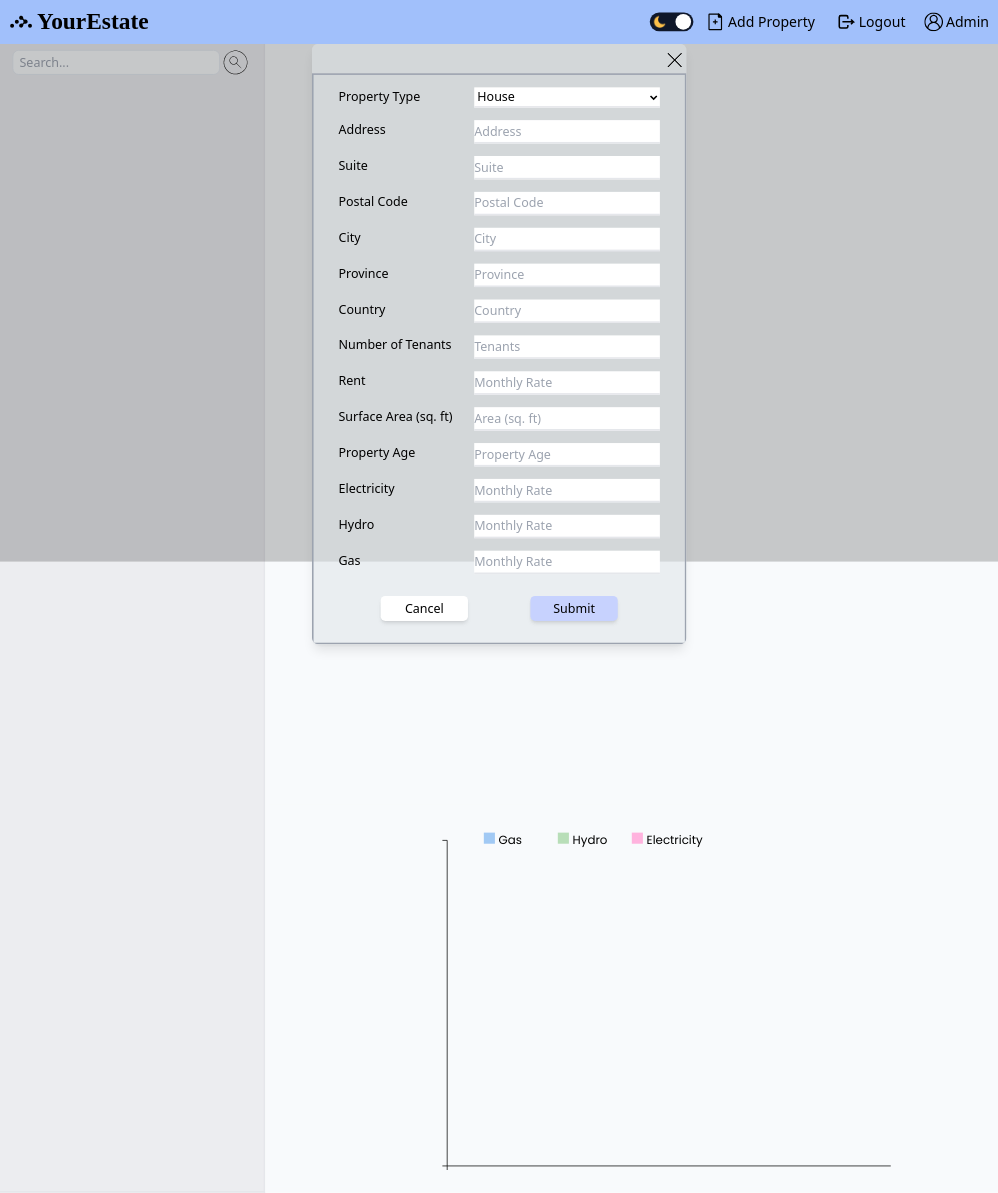
Repository: Fortivera/yourestate
Page: /dashboard/createproperty
These files come from the project's save history. The page is drawn as it stood at one moment and after the next save; the edit follows.
The browser window is 1280 px wide. The pictures show the whole page, at 78% of full size.
The page's requests for data from a server got no answer. The project was rebuilt for these pictures with package versions that can differ from the ones it lists, and the page was loaded fresh each time. Some packages were replaced by stand-ins written for this rebuild. The framework's server and built-in components were replaced by stand-ins that run in the browser. No one was signed in, and anything a server would have sent is missing. Also part of the build but not shown: next.config.js, src/app/loading.tsx, src/components/PropertyCard.tsx.

Above is the page before, as saved 2023-12-31 00:34:17.

### src/app/layout.tsx
import "./globals.css"
import { Analytics } from "@vercel/analytics/react"
import { Metadata } from "next"
import ReactQueryProvider from "./providers"

export const metadata: Metadata = {
  title: {
    template: "%s | Your Estate Login",
    default: "Your Estate Login",
  },
  description: "Home page for the real estate web application",
}

export default function RootLayout({ children }: { children: React.ReactNode }) {
  return (
    <html lang="en">
      <body>
        <ReactQueryProvider>
          {children}
          <Analytics />
        </ReactQueryProvider>
      </body>
    </html>
  )
}

### src/app/dashboard/layout.tsx
import { ThemeContextProvider } from "@/context/ThemeContex"
import ThemeProvider from "@/providers/ThemeProvider"
import { QueryClient, HydrationBoundary, dehydrate } from "@tanstack/react-query"
import { getProperty } from "lib/useRequestFunctions"

import { Analytics } from "../../components/Analytics/Analytics"
import Navbar from "../../components/Navbar"
import PropertiesList from "../../components/PropertiesList"

// import { usePropertyStore } from "../usePropertiesStore"

export default async function Layout({ children }: { children: React.ReactNode }) {
    const queryClient = new QueryClient()
    await queryClient.prefetchQuery({
        queryKey: ["allProperties"],
        queryFn: getProperty,
    })

    // const allPropertiesPromise: Promise<Property[]> = await getProperty()
    // const allProperties = await allPropertiesPromise

    // usePropertyStore.setState({ allProperties })

    return (
        <>
            <ThemeContextProvider>
                <ThemeProvider>
                    <header>
                        <Navbar />
                    </header>
                    <div>{children}</div>
                    <main>
                        <div className="flex flex-col md:flex-row mt-14">
                            <div className="w-screen md:h-auto md:w-[29rem] h-[50vh]">
                                <HydrationBoundary state={dehydrate(queryClient)}>
                                    <PropertiesList />
                                </HydrationBoundary>
                            </div>
                            <HydrationBoundary state={dehydrate(queryClient)}>
                                <Analytics />
                            </HydrationBoundary>
                        </div>
                    </main>
                </ThemeProvider>
            </ThemeContextProvider>
        </>
    )
}

### src/app/dashboard/createproperty/layout.tsx
'use client'

import Layout from "../layout";
import ProductsPage from "../page";

export default function Layouta({ children, }: { children: React.ReactNode }) {
    return (
        <>

            {children}
        </>
    )

}

### src/app/globals.css
@import url("https://fonts.googleapis.com/css2?family=Lora:ital,wght@0,400;0,500;0,600;1,400;1,500;1,600&family=Montserrat:ital,wght@0,300;0,400;0,500;0,600;1,300;1,400;1,500;1,600&family=Poppins:ital,wght@0,300;0,400;0,500;0,600;0,700;0,800;0,900;1,300;1,400;1,500;1,600;1,700;1,800;1,900&family=Noto+Sans:ital,wght@0,300;0,400;0,500;0,600;0,700;0,800;0,900;1,300;1,400;1,500;1,600;1,700;1,800;1,900&display=swap");

@tailwind base;
@tailwind components;
@tailwind utilities;

.navbarDark {
    background-color: rgb(45 48 56);
    color: #ddd;
}
.navbarLight {
    background-color: rgb(161, 192, 251);
    color: black;
}
.propertyListLight {
    background-color: rgb(249 250 251);
    color: black;
    border-color: rgb(229 231 235);
}
.propertyListDark {
    background-color: rgb(45 48 56 / 0.95);
    color: #ddd;
}
.searchbarLight {
    background-color: rgb(248 250 252);
    color: black;
}
.searchbarDark {
    background-color: rgb(100 116 139 / 0.6);
    color: #ddd;
}
.propertyLight {
    background-color: rgb(249 250 251);
    color: black;
}
.propertyDark {
    background-color: rgb(45 48 56 / 0.95);
    color: #ddd;
}

### src/app/providers.tsx
"use client"
import { ReactNode, useState } from "react"
import { QueryClient, QueryClientProvider } from "@tanstack/react-query"
import { ReactQueryDevtools } from "@tanstack/react-query-devtools"

type Props = {
  children: ReactNode
}

export default function ReactQueryProvider({ children }: Props) {
  const [queryClient] = useState(() => new QueryClient())

  return (
    <QueryClientProvider client={queryClient}>
      <ReactQueryDevtools initialIsOpen={false} />
      {children}
    </QueryClientProvider>
  )
}

### src/context/ThemeContex.tsx
"use client"
import { createContext, useState, ReactNode, useEffect } from "react"

interface ChildrenProps {
    children: ReactNode
}

interface ThemeContextType {
    theme: string
    toggle: () => void
}

// This component is responsible to registering and remembering what theme was chosen by the user
// we use local storage for that
export const ThemeContext = createContext<ThemeContextType>({
    theme: "light",
    toggle: () => {},
})

function getFromLocalStorage() {
    if (typeof window === "undefined") {
        return "light" // Use a default theme on the server-side
    }
    return localStorage.getItem("theme") || "light"
}

export const ThemeContextProvider = ({ children }: ChildrenProps) => {
    const [theme, setTheme] = useState<string>(getFromLocalStorage)

    // since next.js uses server side rendering, we must specify if the transition to client is completed
    const toggle = () => {
        setTheme((prevTheme) => (prevTheme === "light" ? "dark" : "light"))
    }

    useEffect(() => {
        localStorage.setItem("theme", theme)
    }, [theme])

    return <ThemeContext.Provider value={{ theme, toggle }}>{children}</ThemeContext.Provider>
}

### src/providers/ThemeProvider.tsx
"use client"

import { useState, useEffect, useContext, ReactNode } from "react"
import { ThemeContext } from "@/context/ThemeContex"

interface ChildrenProps {
    children: ReactNode
}

// this component is created to keep the layout/page as server side rendered.
// useContext() requires you to have "use client"

export default function ThemeProvider({ children }: ChildrenProps) {
    const { theme } = useContext(ThemeContext)
    const [mounted, setMounted] = useState(false)

    useEffect(() => {
        setMounted(true)
    }, [])

    if (!mounted) {
        return null // or a loading placeholder if desired
    }
    return <div className={theme}>{children}</div>
}

### lib/useRequestFunctions.ts
export function filterId(arr: Property[], propertyid: number) {
  for (let i = 0; i < arr.length; i++) {
    try {
      if (arr[i].id != propertyid) {
        continue
      } else {
        return arr[i] as Property
      }
    } catch (error) {
      console.error(error)
    }
  }
}

export function deleteProperty(userInput: number) {
  const url = `${process.env.NEXT_PUBLIC_SERVER_URL}${process.env.NEXT_PUBLIC_PROPERTY_ENDPOINT}${userInput}`
  console.log(url)
  try {
    fetch(url, {
      method: "DELETE",
      body: JSON.stringify(userInput),
      headers: {
        "Content-Type": "application/json",
      },
    })
  } catch (err) {
    console.error(err)
    alert(`We can't submit the form, because of ${err}`)
  }
}

// eslint-disable-next-line no-unused-vars
export async function updateProperty(userInput: Property, id: number) {
  const url = `${process.env.NEXT_PUBLIC_SERVER_URL}${process.env.NEXT_PUBLIC_PROPERTY_ENDPOINT}/${id}`
  // const url = "http://localhost:5085/api/Properties/39"
  console.log(url)
  try {
    const response = await fetch(url, {
      method: "PUT",
      body: JSON.stringify(userInput),
      headers: {
        "Content-Type": "application/json",
      },
    })
    if (!response.ok) {
      throw new Error(`Invalid response: ${response.status}`)
    }
  } catch (err) {
    console.error(err)
    alert("We can't submit the form, try again later?")
  }
}

export async function getProperty(): Promise<Property[]> {
  try {
    const response = await fetch(`${process.env.NEXT_PUBLIC_SERVER_URL}${process.env.NEXT_PUBLIC_PROPERTY_ENDPOINT}`, {
      cache: "no-store",
    })
    if (!response.ok) {
      throw new Error("Failed to fetch data.")
    }

    const propertyCollection: Property[] = await response.json()
    return propertyCollection
  } catch (err) {
    console.log(err)
    return []
  }
}

// Helper function to get the token and save it in localStorage
export async function tokenHandleResponse(response: Response) {
  if (response.ok) {
    const data = await response.json()
    if (data.token) {
      localStorage.setItem("token", data.token)
      return data
    }
    throw new Error("Token not found in response")
  }
  throw new Error("Network response was not ok.")
}

### src/components/Analytics/Analytics.tsx
"use client"
import Loading from "@/app/loading"
import { ThemeContext } from "@/context/ThemeContex"
import { useQuery } from "@tanstack/react-query"
import { getProperty } from "lib/useRequestFunctions"
import React, { Suspense, useContext } from "react"
import { D3BarChart } from "./D3charts/D3BarChart"
import { D3DonutPieChart } from "./D3charts/D3DonutPieChart"
import { D3PieChart } from "./D3charts/D3PieChart"

// interface Props {
//     allProperties: Property[]
// }

export const Analytics = () => {
    const { theme } = useContext(ThemeContext)
    const { data: allProperties, error } = useQuery({
        queryKey: ["allProperties"],
        queryFn: getProperty,
    })
    if (error) return <div>Failed to load</div>
    return (
        <>
            {/* <div className="w-full h-full">{<iframe height="100%" width="100%" title="Report Section" src="https://app.powerbi.com/view?r=eyJrIjoiZDVmOGZlMWMtN2VkYS00NmRkLWJiZDgtMGY1MzQyNTdlOWQ1IiwidCI6IjcwYWQ5MjFmLTFmZjQtNDZjNC1hMmZkLWIxNTc0MjcxODQ3NiJ9" allowFullScreen={true}></iframe>}</div> */}
            <div className={`${theme === "light" ? "bg-slate-50" : "bg-[#515F73]"} grid grid-cols-1 desktop:grid-cols-2 w-full py-2 px-1 font-Poppins`}>
                <div>
                    <Suspense fallback={<Loading />}>
                        <D3DonutPieChart allProperties={allProperties!} />
                    </Suspense>
                </div>
                <div>
                    <Suspense fallback={<Loading />}>
                        <D3PieChart allProperties={allProperties!} />
                    </Suspense>
                </div>
                <div className="md:col-span-full flex justify-center">
                    <Suspense fallback={<Loading />}>
                        <D3BarChart allProperties={allProperties!} />
                    </Suspense>
                </div>
            </div>
        </>
    )
}

### src/components/Modal.tsx
"use client"

import { MouseEventHandler, useContext } from "react"
import { useRouter } from "next/navigation"
import { ThemeContext } from "@/context/ThemeContex"

export const Modal = ({ children }: any) => {
    const router = useRouter()
    const { theme } = useContext(ThemeContext)
    const closeHandler: MouseEventHandler = (): void => {
        router.push("/dashboard")
    }
    return (
        <>
            <div className="bg-black/20 backdrop-blur-xs bg-blend-saturation fixed top-0 w-full h-screen z-10 " onClick={closeHandler} />
            <dialog
                open
                className={`
        ${theme === "light" ? "bg-[#dee3e88a] border-slate-300 shadow-lg" : "bg-neutral-900/20 border-[#5e6775] shadow-darkSm"}
        w-[80%] max-w-[480px] md:w-1/2
        mx-auto rounded-lg overflow-hidden pt-1 z-20
        transition-all duration-300 ease-linear
    `}
            >
                {children}
            </dialog>
        </>
    )
}

### public/CancelIcon.tsx

export default function CancelIcon() {

  return (
    <svg xmlns="http://www.w3.org/2000/svg" fill="#000000" width="30px" height="30px" viewBox="0 0 256 256" id="Flat">
      <path d="M202.82861,197.17188a3.99991,3.99991,0,1,1-5.65722,5.65624L128,133.65723,58.82861,202.82812a3.99991,3.99991,0,0,1-5.65722-5.65624L122.343,128,53.17139,58.82812a3.99991,3.99991,0,0,1,5.65722-5.65624L128,122.34277l69.17139-69.17089a3.99991,3.99991,0,0,1,5.65722,5.65624L133.657,128Z" />
      <path xmlns="http://www.w3.org/2000/svg" d="M202.82861,197.17188a3.99991,3.99991,0,1,1-5.65722,5.65624L128,133.65723,58.82861,202.82812a3.99991,3.99991,0,0,1-5.65722-5.65624L122.343,128,53.17139,58.82812a3.99991,3.99991,0,0,1,5.65722-5.65624L128,122.34277l69.17139-69.17089a3.99991,3.99991,0,0,1,5.65722,5.65624L133.657,128Z" />
    </svg>
  )
}

### src/components/ThemeToggle.tsx
"use client"

import { ThemeContext } from "@/context/ThemeContex"
import Image from "next/image"
import { useContext } from "react"

export default function ThemeToggle() {
    const { toggle, theme } = useContext(ThemeContext)

    return (
        <>
            <span className="sr-only">Toggle theme</span>
            <div className="flex items-center w-14 h-6 rounded-full cursor-pointer justify-between  relative" onClick={toggle} style={theme === "dark" ? { backgroundColor: "white" } : { backgroundColor: "#0f172a" }}>
                <Image src="/static/moon.png" alt={"moon icon"} width={18} height={10} className={"m-1"} />
                <div className="rounded-full w-5 h-5 absolute m-0.5" style={theme === "dark" ? { left: 1, background: "#0f172a" } : { right: 1, background: "white" }} />
                <Image src="/static/sun.png" alt={"sun icon"} width={18} height={10} className={"m-1"} />
            </div>
        </>
    )
}

### public/static/SvgLogout.tsx
import * as React from "react"
import { SVGProps } from "react"
const SvgLogout = (props: SVGProps<SVGSVGElement>) => (
    <svg xmlns="http://www.w3.org/2000/svg" width={24} height={24} fill="none" stroke="currentColor" {...props}>
        <path stroke="none" d="M0 0h24v24H0z" />
        <path d="M14 8V6a2 2 0 0 0-2-2H5a2 2 0 0 0-2 2v12a2 2 0 0 0 2 2h7a2 2 0 0 0 2-2v-2" />
        <path d="M7 12h14l-3-3m0 6 3-3" />
    </svg>
)
export default SvgLogout

### public/static/SvgAddProperty.tsx
import * as React from "react"
import { SVGProps } from "react"
const SvgAddProperty = (props: SVGProps<SVGSVGElement>) => (
  <svg xmlns="http://www.w3.org/2000/svg" width={24} height={24} fill="none" {...props}>
    <path stroke="currentColor" d="M9 12h3m3 0h-3m0 0V9m0 3v3M4 21.4V2.6a.6.6 0 0 1 .6-.6h11.652a.6.6 0 0 1 .424.176l3.148 3.148A.6.6 0 0 1 20 5.75V21.4a.6.6 0 0 1-.6.6H4.6a.6.6 0 0 1-.6-.6Z" />
    <path fill="currentColor" stroke="currentColor" d="M16 5.4V2.354a.354.354 0 0 1 .604-.25l3.292 3.292a.353.353 0 0 1-.25.604H16.6a.6.6 0 0 1-.6-.6Z" />
  </svg>
)
export default SvgAddProperty

### public/static/SvgLogoName.tsx
import * as React from "react"
import { SVGProps } from "react"
const SvgLogoName = (props: SVGProps<SVGSVGElement>) => (
    <svg xmlns="http://www.w3.org/2000/svg" width={163} height={52} overflow="hidden" {...props}>
        <text fill="currentColor" transform="translate(-.785 35)">
            {"\n              YourEstate\n            "}
        </text>
    </svg>
)
export default SvgLogoName

### public/static/SvgMainLogo.tsx
import * as React from "react"
import { SVGProps } from "react"
const SvgMainLogo = (props: SVGProps<SVGSVGElement>) => (
  <svg
    xmlns="http://www.w3.org/2000/svg"
    width={42}
    height={40}
    fill="currentColor"
    overflow="hidden"
    {...props}
  >
    <path d="M13.582 20.41c-1.39 0-2.523-1.142-2.523-2.542s1.133-2.542 2.523-2.542c1.39 0 2.523 1.142 2.523 2.542 0 1.399-1.134 2.542-2.523 2.542zm-6.058 5.047c-1.388-.003-2.518-1.15-2.514-2.55a2.537 2.537 0 0 1 2.532-2.534c1.389.003 2.519 1.15 2.514 2.551a2.538 2.538 0 0 1-2.532 2.533zm22.962 0a2.538 2.538 0 0 1-2.543-2.523c-.007-1.402 1.118-2.553 2.505-2.56a2.538 2.538 0 0 1 2.542 2.522c.008 1.401-1.118 2.553-2.504 2.561zM25.757 15.474c-.686-.214-1.419-.303-2.138-.381-1.112-.12-1.555-.554-1.743-1.668-.106-.622-.254-1.26-.523-1.825-.513-1.075-1.715-1.557-2.922-1.282-1.02.233-1.867 1.248-1.914 2.29-.054 1.188.626 2.203 1.794 2.553.555.167 1.145.25 1.724.293 1.063.077 1.418.394 1.705.878.182.306.357.607.357 1.517 0 .911-.177 1.212-.357 1.517-.287.484-.642.8-1.705.879-.58.042-1.17.126-1.724.293-1.168.351-1.848 1.364-1.794 2.554.047 1.041.895 2.056 1.914 2.289 1.207.276 2.409-.207 2.922-1.282.27-.564.417-1.203.523-1.825.189-1.114.632-1.547 1.743-1.668.72-.078 1.452-.168 2.138-.382 1.041-.325 1.667-1.296 1.667-2.375 0-1.078-.626-2.048-1.667-2.375z" />
  </svg>
)
export default SvgMainLogo

### public/static/SvgUser.tsx
import * as React from "react"
import { SVGProps } from "react"
const SvgUser = (props: SVGProps<SVGSVGElement>) => (
    <svg
        xmlns="http://www.w3.org/2000/svg"
        width={24}
        height={24}
        fill="none"
        stroke="currentColor"
        viewBox="0 0 512 512"
        {...props}
    >
        <path
            fill="currentColor"
            strokeWidth={0.1}
            d="M224 1.5c-30 3.9-54.3 11.2-81.5 24.5C80.8 56.2 32.4 112.4 11.6 177.8 3.4 204 0 226.5 0 256c0 21.6 1.7 38.2 5.6 55.7 10.5 47.2 32.8 88.2 66.9 123.2 41.9 43 94.8 69 155 76 13.5 1.6 46.3 1.4 60.7-.5 58.7-7.4 110.8-33.6 152.3-76.5 39-40.4 63.2-90.7 70-145.9 2-16.3 2-47.7 0-64-9.2-74.2-51.1-141.3-114-182.6C363.4 19.8 326.9 6.3 288 1.5c-15-1.8-50.1-1.8-64 0zm50.1 32c25.8 1.4 55.4 9.7 81.4 22.7 57.4 28.7 100.1 81 116.4 142.8 5.9 22.4 6.6 28.1 6.6 57s-.7 34.6-6.6 57c-7.4 27.8-20.4 54.6-37.8 77.6l-4.8 6.3-2.7-10.2c-13.5-50.4-48.2-92.1-95.5-114.5l-9.4-4.5 4.4-3.5c18.6-14.9 33.2-37.7 39.2-61.1 1.9-7.3 2.2-11.4 2.2-27.1 0-15.7-.3-19.8-2.2-27.1-10.2-40-42-72-81.7-82.1-12.4-3.1-37-3.6-49.6-1-45.1 9.5-78.9 42.9-88 87.2-1.9 9-2.1 12.8-1.7 26.5.6 18.3 2.3 27 8.5 41.3 6.8 15.8 19.6 32.6 33.1 43.4l4.3 3.5-13.3 6.6c-7.4 3.7-17.7 9.8-22.9 13.5-11.7 8.3-33.5 29.8-41.4 41-12.2 17.3-22 38.2-27.3 58.1l-2.6 10-4.8-6.3c-21.4-28.3-35.6-61.2-42.6-98.6-2.5-13.7-2.5-58.3 0-72 8.8-46.8 28.2-85.6 59.2-117.9 32.1-33.5 72.8-56.1 117-65 16-3.2 35.8-5.1 48-4.4 2.8.1 9.3.5 14.6.8zm.7 65.6c17.8 4.1 35.8 16.3 46.1 31.3 4.9 7.1 10.7 20.2 12.5 28.3 2 9.2 2.1 25.3 0 34.6-2 9.4-10 25.7-16.2 33.1-23 27.6-61.7 36.5-93.9 21.6-10.2-4.8-16.1-8.8-23.3-16-15.2-15.2-23-34.1-23-56 0-17 4.6-31.8 14.2-45.9 4.9-7 15.8-17.1 23.4-21.7C234 97 253 94.1 274.8 99.1zm-5.3 190.3c16.1 1 38.8 7.8 54.5 16.4 25.3 13.8 48.9 38.4 61.1 63.9 7.5 15.6 12.5 33.9 13.6 49.8l.6 8.1-8.9 6.6c-13 9.6-21.4 14.8-34.9 21.5-35.5 17.8-72.6 25.4-112.8 23.2-43-2.4-83.8-17.3-119.7-43.7l-10.3-7.5.7-9.1c1.1-16.7 7.8-38.9 16.4-54.6 6.5-11.9 14.5-22.4 25.1-33 20.1-20.1 41.3-32 68.6-38.6 10-2.4 28.5-4.4 34.5-3.8 1.4.2 6.6.5 11.5.8z"
        />
    </svg>
)
export default SvgUser

### src/components/Search.tsx
"use client"

const SearchIcon = () => {
  return (
    <svg
      version="1.0"
      xmlns="http://www.w3.org/2000/svg"
      width="40"
      height="40"
      viewBox="0 0 256.000000 256.000000"
      preserveAspectRatio="xMidYMid meet"
    >
      <g
        transform="translate(0.000000,256.000000) scale(0.100000,-0.100000)"
        fill="currentColor"
        stroke="none"
      >
        <path
          d="M1113 2245 c-351 -64 -645 -314 -758 -645 -196 -576 163 -1180 764
                    -1285 464 -81 934 198 1086 646 196 573 -165 1179 -764 1284 -101 18 -230 18
                    -328 0z m348 -45 c313 -64 570 -277 690 -571 134 -329 63 -718 -177 -977 -148
                    -161 -305 -249 -516 -292 -259 -53 -535 11 -749 176 -79 60 -183 176 -229 254
                    -184 310 -184 669 1 983 59 100 211 251 314 311 211 122 439 162 666 116z"
        />
        <path
          d="M1028 1765 c-61 -17 -107 -45 -156 -99 -51 -56 -67 -87 -83 -164 -14
                    -68 -3 -157 28 -215 20 -40 89 -113 129 -138 41 -25 125 -49 174 -49 56 0 141
                    27 185 58 l40 30 202 -201 c161 -160 205 -199 215 -189 10 10 -29 54 -188 215
                    l-201 202 32 46 c59 85 69 217 25 316 -21 49 -88 124 -136 154 -74 45 -177 59
                    -266 34z m214 -53 c59 -26 124 -91 151 -151 30 -64 30 -178 0 -242 -27 -60
                    -92 -125 -152 -152 -64 -30 -178 -30 -242 0 -129 59 -202 206 -169 342 43 180
                    242 278 412 203z"
        />
      </g>
    </svg>
    // <Image width={"40"} height={"40"} className="rounded-full min-w-[40px]" src="/static/ann.png" alt={""} />
  )
}

export default SearchIcon

Loaded but not shown: tailwind.config.js (44 lines, source omitted); src/components/Analytics/D3charts/D3BarChart.tsx (216 lines, source omitted); src/app/dashboard/createproperty/page.tsx (146 lines, source omitted); src/components/Navbar.tsx (98 lines, source omitted); src/components/Analytics/D3charts/D3DonutPieChart.tsx (146 lines, source omitted); src/components/Analytics/D3charts/D3PieChart.tsx (140 lines, source omitted); src/components/FormLabels.tsx (178 lines, source omitted); src/components/PropertiesList.tsx (86 lines, source omitted)

After the next save:
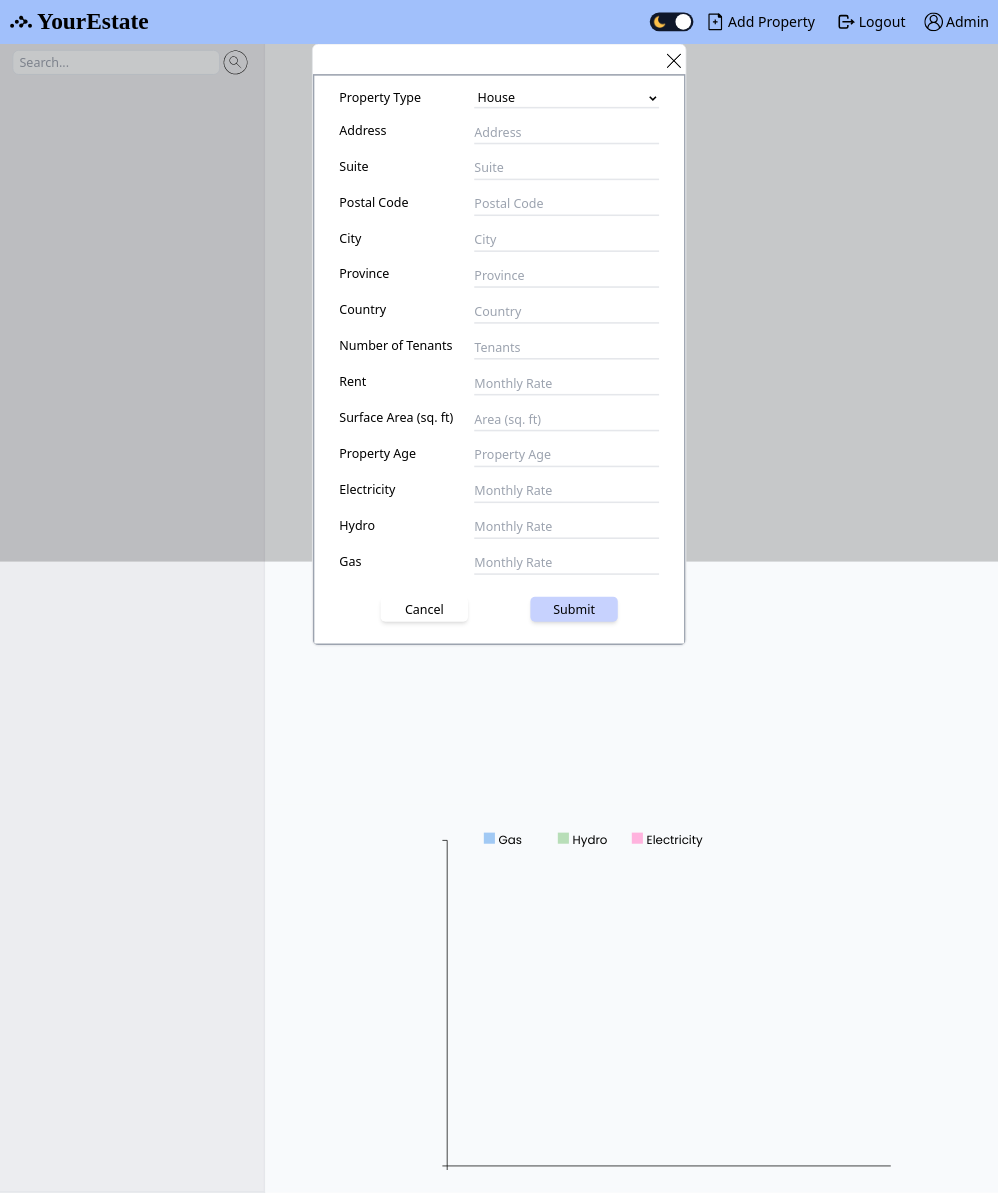
Saved 10 s later.
--- a/src/components/Modal.tsx
+++ b/src/components/Modal.tsx
@@ -12,15 +12,14 @@ export const Modal = ({ children }: any) => {
     }
     return (
         <>
-            <div className="bg-black/20 backdrop-blur-xs bg-blend-saturation fixed top-0 w-full h-screen z-10 " onClick={closeHandler} />
+            <div className="bg-black/20 backdrop-blur-xs bg-blend-saturation fixed top-0 w-full h-screen bg-cover z-10 " onClick={closeHandler} />
             <dialog
                 open
                 className={`
-        ${theme === "light" ? "bg-[#dee3e88a] border-slate-300 shadow-lg" : "bg-neutral-900/20 border-[#5e6775] shadow-darkSm"}
-        w-[80%] max-w-[480px] md:w-1/2
-        mx-auto rounded-lg overflow-hidden pt-1 z-20
-        transition-all duration-300 ease-linear
-    `}
+    ${theme === "light" ? "bg-white" : "bg-[#33363e] text-[#e6e1e1]"}
+    w-[80%] max-w-[480px] md:w-1/2
+    mx-auto border rounded-lg shadow-sm overflow-hidden pt-1 z-10
+  `}
             >
                 {children}
             </dialog>
